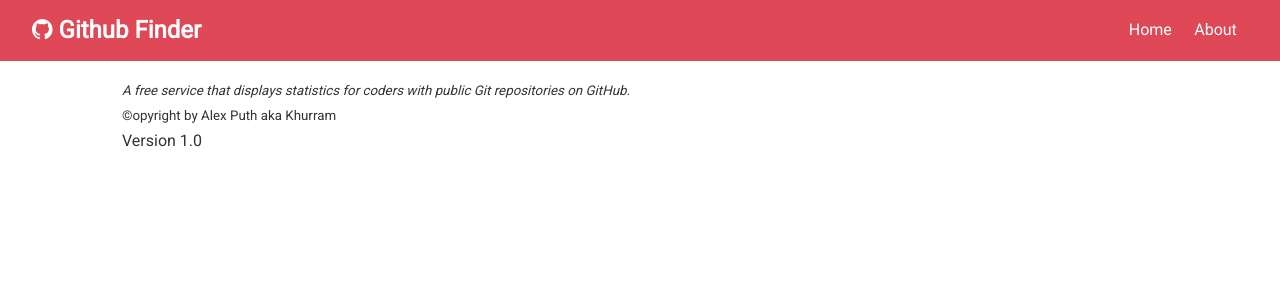
Repository: Abbaskhurram255/github-finder
Page: /about
The author's editor kept a copy of each file at every save. The page is drawn from the files as they stood at one save, then again after the next save.
The browser window is 1280 px wide. The pictures show the whole page.
The page's requests for data from a server got no answer. The project was rebuilt for these pictures with package versions that can differ from the ones it lists, and the page was loaded fresh each time. No one was signed in, and anything a server would have sent is missing. Also part of the build but not shown: src/components/repos/RepoItem.js, src/components/repos/Repos.js, src/components/users/User.js, src/components/layout/Alert.js, src/components/users/Search.js, src/components/users/UserItem.js, src/components/users/Users.js, src/components/pages/Home.js and 1 more. Imported but missing from the stored project, and not drawn on this page: src/components/layout/Spinner.

Above is the page before, as saved 2020-12-19 22:11:04.

### public/index.html
<!DOCTYPE html>
<html lang="en">
  <head>
    <meta charset="utf-8" />
    <link rel="icon" href="%PUBLIC_URL%/favicon.ico" />
    <meta name="viewport" content="width=device-width, initial-scale=1" />
    <meta name="theme-color" content="#000000" />
    <meta
      name="description"
      content="Web site created using create-react-app"
    />
    <link rel="apple-touch-icon" href="%PUBLIC_URL%/logo192.png" />
    <link rel="manifest" href="%PUBLIC_URL%/manifest.json" />
    <link
      href="https://stackpath.bootstrapcdn.com/font-awesome/4.7.0/css/font-awesome.min.css"
      rel="stylesheet"
      integrity="sha384-wvfXpqpZZVQGK6TAh5PVlGOfQNHSoD2xbE+QkPxCAFlNEevoEH3Sl0sibVcOQVnN"
      crossorigin="anonymous"
    />
    <title>GitHub Finder</title>
  </head>
  <body>
    <noscript>You need to enable JavaScript to run this app.</noscript>
    <div id="root"></div>
  </body>
</html>

### src/App.js
import React, { useState } from 'react';
import { BrowserRouter as Router, Switch, Route } from 'react-router-dom';
import Navbar from './components/layout/Navbar';
import User from './components/users/User';
import Alert from './components/layout/Alert';
import Home from './components/pages/Home';
import NotFound from './components/pages/NotFound';
import About from './components/pages/About';

import GithubState from './context/github/GithubState';
import AlertState from './context/alert/AlertState';

import './App.css';

const App = () => {
  useState(null);

  return (
    <GithubState>
      <AlertState>
        <Router>
          <div className="app">
            <Navbar title="Github Finder" icon="fa fa-github" />
            <div className="container">
              <Alert />
              <Switch>
                <Route exact path="/" component={Home} />
                <Route exact path="/about" component={About} />
                <Route exact path="/user/:login" component={User} />
                <Route component={NotFound} />
              </Switch>
            </div>
          </div>
        </Router>
      </AlertState>
    </GithubState>
  );
};

export default App;

### src/components/layout/Navbar.js
import React from 'react';
import PropTypes from 'prop-types';
import { Link } from 'react-router-dom';

const Navbar = ({ icon, title }) => {
  return (
    <nav className="navbar bg-primary">
      <h1>
        <i className={icon} aria-hidden="true"></i> {title}
      </h1>
      <ul>
        <li>
          <Link to="/">Home</Link>
        </li>
        <li>
          <Link to="/about">About</Link>
        </li>
      </ul>
    </nav>
  );
};

Navbar.defaultProps = {
  title: 'Github Finder',
  icon: 'fa fa-github'
};

Navbar.propTypes = {
  title: PropTypes.string.isRequired,
  icon: PropTypes.string.isRequired
};

export default Navbar;

### src/components/pages/About.js
import React, { Fragment } from 'react';

const About = () => {
  return (
    <Fragment>
      <small><em>A free service that displays statistics for coders with public Git repositories on GitHub.</em><br /><span id='ab'>&copy;opyright by Alex Puth aka Khurram</span></small><br />
      <p>Version 1.0</p>
    </Fragment>
  );
};

export default About;

### src/context/github/GithubState.js
import React, { useReducer } from 'react';
import axios from 'axios';
import GithubContext from './githubContext';
import GithubReducer from './githubReducer';
import {
  SEARCH_USERS,
  SET_LOADING,
  CLEAR_USERS,
  GET_USER,
  GET_REPOS
} from '../types';

let githubClientId;
let githubClientSecret;

if (process.env.NODE_ENV !== 'production') {
  githubClientId = process.env.REACT_APP_GITHUB_CLIENT_ID;
  githubClientSecret = process.REACT_APP_GITHUB_CLIENT_SECRET;
} else {
  githubClientId = process.env.GITHUB_CLIENT_ID;
  githubClientSecret = process.GITHUB_CLIENT_SECRET;
}

const GithubState = props => {
  const initialState = {
    users: [],
    user: {},
    repos: [],
    loading: false
  };

  const [state, dispatch] = useReducer(GithubReducer, initialState);
  // Search Users
  const searchUsers = async text => {
    setLoading();

    const res = await axios.get(
      `https://api.github.com/search/users?q=${text}&client_id=${githubClientId}&client_secret=${githubClientSecret})`
    );

    dispatch({
      type: SEARCH_USERS,
      payload: res.data.items
    });
  };

  // Get User
  const getUser = async username => {
    setLoading();

    const res = await axios.get(
      `https://api.github.com/users/${username}?client_id=${githubClientId}&client_secret=${githubClientSecret})`
    );

    dispatch({
      type: GET_USER,
      payload: res.data
    });
  };

  // Get Repos
  const getUserRepos = async username => {
    setLoading();

    const res = await axios.get(
      `https://api.github.com/users/${username}/repos?per_page=5&sort=created:asc&client_id=${githubClientId}&client_secret=${githubClientSecret})`
    );

    dispatch({
      type: GET_REPOS,
      payload: res.data
    });
  };

  // Clear Users
  const clearUsers = () =>
    dispatch({
      type: CLEAR_USERS
    });

  // Set Loading
  const setLoading = () => dispatch({ type: SET_LOADING });

  return (
    <GithubContext.Provider
      value={{
        users: state.users,
        user: state.user,
        repos: state.repos,
        loading: state.loading,
        searchUsers,
        clearUsers,
        getUser,
        getUserRepos
      }}
    >
      {props.children}
    </GithubContext.Provider>
  );
};

export default GithubState;

### src/context/alert/AlertState.js
import React, { useReducer } from 'react';

import AlertContext from './alertContext';
import AlertReducer from './alertReducer';
import { SET_ALERT, REMOVE_ALERT } from '../types';

const AlertState = props => {
  const initialState = null;

  const [state, dispatch] = useReducer(AlertReducer, initialState);

  // Set Alert
  const setAlert = (msg, type) => {
    dispatch({
      type: SET_ALERT,
      payload: { msg, type }
    });

    setTimeout(() => dispatch({ type: REMOVE_ALERT }), 5000);
  };

  return (
    <AlertContext.Provider
      value={{
        alert: state,
        setAlert
      }}
    >
      {props.children}
    </AlertContext.Provider>
  );
};

export default AlertState;

### src/context/github/githubReducer.js
import {
  SEARCH_USERS,
  SET_LOADING,
  CLEAR_USERS,
  GET_USER,
  GET_REPOS
} from '../types';

export default (state, action) => {
  switch (action.type) {
    case SEARCH_USERS:
      return {
        ...state,
        users: action.payload,
        loading: false
      };
    case GET_USER:
      return {
        ...state,
        user: action.payload,
        loading: false
      };
    case CLEAR_USERS:
      return {
        ...state,
        users: [],
        loading: false
      };
    case GET_REPOS:
      return {
        ...state,
        repos: action.payload,
        loading: false
      };
    case SET_LOADING:
      return {
        ...state,
        loading: true
      };
    default:
      return state;
  }
};

Loaded but not shown: src/index.js (common file); src/App.css (common file); src/context/github/githubContext.js (common file); src/context/alert/alertContext.js (common file); src/context/types.js (common file); src/context/alert/alertReducer.js (common file)

After the next save:
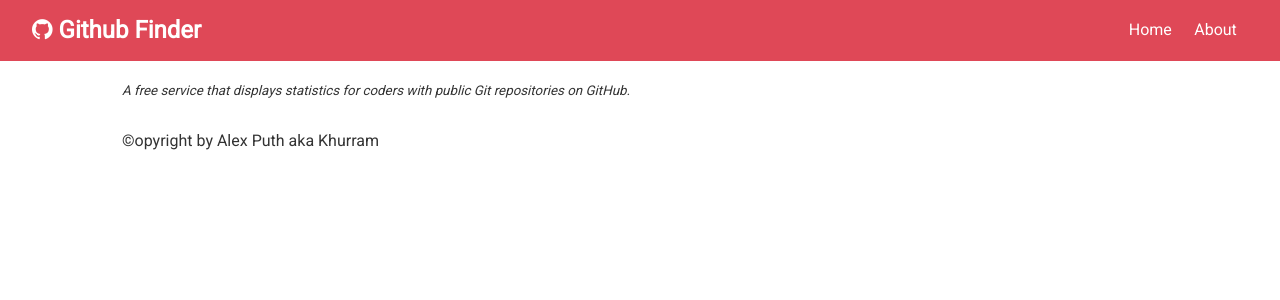
Saved 55 s later.
--- a/src/components/pages/About.js
+++ b/src/components/pages/About.js
@@ -3,8 +3,9 @@
 const About = () => {
   return (
     <Fragment>
-      <small><em>A free service that displays statistics for coders with public Git repositories on GitHub.</em><br /><span id='ab'>&copy;opyright by Alex Puth aka Khurram</span></small><br />
-      <p>Version 1.0</p>
+      <small><em>A free service that displays statistics for coders with public Git repositories on GitHub.</em><br /></small><br />
+
+      <span id='ab'>&copy;opyright by Alex Puth aka Khurram</span>
     </Fragment>
   );
 };
